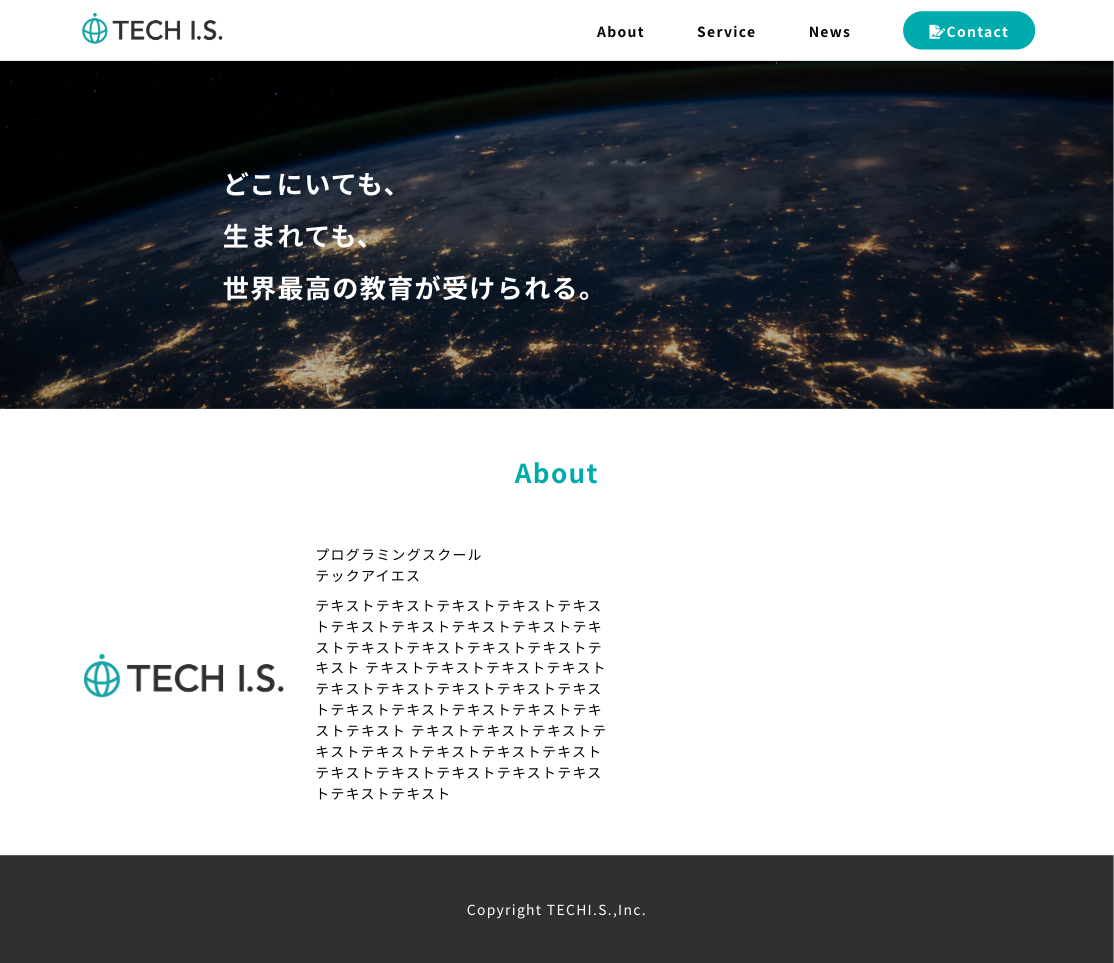
Repository: ryunoesta/lp-techis
Page: indx.html
The author's editor kept a copy of each file at every save. The page is drawn from the files as they stood at one save, then again after the next save.
The browser window is 1280 px wide. The pictures show the whole page, at 87% of full size.

Above is the page before, as saved 2022-06-15 22:20:01.

### indx.html
<!DOCTYPE html>
<html lang="ja">
<head>
    <meta charset="UTF-8">
    <meta http-equiv="X-UA-Compatible" content="IE=edge">
    <meta name="viewport" content="width=device-width, initial-scale=1.0">
    <!-- reset css -->
    <link rel="stylesheet" href="./CSS/reset.css">
    <!-- style css -->
    <link rel="stylesheet" href="./CSS/style.css">
    <!-- fontawesome -->
    <link rel="stylesheet" href="https://use.fontawesome.com/releases/v5.15.1/css/all.css">
    <title>プログラミングスクール テックアイエス</title>
</head>
<body>
    <!-- header -->
    <header class="header">
        <h1 class="logo">
            <img src="./img/logo.png" alt="ロゴ画像">
        </h1>
        <ul class="menu-pc">
            <li><a href="#">About</a></li>
            <li><a href="#">Service</a></li>
            <li><a href="#">News</a></li>
            <!-- リンク先追加 -->
            <li><a href="contact"><i class="fas fa-file-signature"></i>Contact</a></li>
        </ul>
    </header>

    <!-- main -->
    <main>
        <!-- fv -->
        <section class="front-fv">
            <img src="./img/top1.png" alt="ファーストビュー">
            <h2>どこにいても、
                <br>
                生まれても、
                <br>
                世界最高の教育が受けられる。
            </h2>
        </section>

        <!-- about -->
        <section class="front-about">
            <h2 class="front-common__title">
                About
            </h2>
            <ul class="front-about__list">
                <li class="front-about__item"><img src="./img/logo.png" alt="ロゴ画像"></li>
                <li class="front-about__item">
                    <div class="front-about_txt">
                        <h3>
                            プログラミングスクール
                            <br>
                            テックアイエス
                        </h3>
                        <p>テキストテキストテキストテキストテキストテキストテキストテキストテキストテキストテキストテキストテキストテキストテキスト テキストテキストテキストテキストテキストテキストテキストテキストテキストテキストテキストテキストテキストテキストテキスト テキストテキストテキストテキストテキストテキストテキストテキストテキストテキストテキストテキストテキストテキストテキスト</p>
                    </div>
                </li>
            </ul>
        </section>




    </main>


    <!-- footer -->
    <footer class="footer"> <!-- footerはブロックレベル要素 -->
        <p>
            <small>Copyright TECHI.S.,Inc.</small>
        </p>
    </footer>
</body>
</html>

### CSS/reset.css
*, *::before, *::after {
    box-sizing: border-box;
}
html, body, div, span, applet, object, iframe, h1, h2, h3, h4, h5, h6, p, blockquote, pre, a,
abbr, acronym, address, big, cite, code, del, dfn, em, font, ins, kbd, q, s, samp, small, strike,
strong, sub, sup, tt, var, dl, dt, dd, ol, ul, li, fieldset, form, label, legend, table,
caption, tbody, tfoot, thead, tr, th, td {
    border: 0;
    font-size: 100%;
    font-weight: inherit;
    margin: 0;
    outline: 0;
    padding: 0;
    vertical-align: baseline;
}
body {
    width: 100%;
    height: 100%;
    margin: 0 auto;
    letter-spacing: 1.5px;
    line-height: 1.5;
}
img {
    width: 100%;
    height: 100%;
    top: 0;
    left: 0;
    object-fit: cover;
}
a {
    color: black;
    text-decoration: none;
}
ol, ul {
    list-style: none;
}
table {
    border-collapse: separate;
    border-spacing: 0;
}

### CSS/style.css
/* フォントの設定 */
@import url('https://fonts.googleapis.com/css2?family=Noto+Sans+JP&display=swap');
html, body {
    font-size: 16px;
    font-family: 'Noto Sans JP', sans-serif;
}

/* header */
.header {
    display: flex;
    align-items: center;
    justify-content: space-between;
    max-width: 1100px;
    height: 70px;
    margin: auto;
}

.logo img {
    width: 170px;
    height: auto;
}

.menu-pc {
    display: flex;
    align-items: center;
}

.menu-pc li {
    margin: 0 30px;
}

.menu-pc a {
    font-weight: bold;
}

.menu-pc li:last-child {
    margin-right: 0;
}

.menu-pc li:last-child a {
    display: block;
    color: #fff;
    background: #00abae;
    padding: 10px 30px;
    border-radius: 50px;
}

/* footer */
.footer {
    padding: 50px;  /* paddingにautoはない */
    background: #303030;
}

.footer p {
    color: #fff;
    text-align: center;
}

/* fv */
.front-fv {
    position: relative;
    height: 400px;
}

.front-fv h2 {
    position: absolute;
    top: 50%;
    -webkit-transform: translateY(-50%);
    -moz-transform: translateY(-50%);
    -ms-transform: translateY(-50%);
    -o-transform: translateY(-50%);
    transform: translateY(-50%);
    left: 20%;
    color: #fff;
    font-size: 30px;
    font-weight: bold;
    line-height: 2;
}

/* common */
.front-common__title {
    position: relative;
    font-size: 30px;
    font-weight: bold;
    color: #00abae;
    text-align: center;
    margin-bottom: 50px;
    padding-bottom: 10px;
}

/* about */
.front-about {
    max-width: 1100px;
    margin: 50px auto;
}


.front-about__list {
    display: flex;
    align-items: center;
    justify-content:center;
}

.front-about__item {
    w
}

.front-about__main img {
    display: block;
    width: 40%;
    margin: auto 30px;
}

.front-about_txt {
    width: 40%;
    margin-left: 30px;
}

.front-about_txt h4 {
    font-size: 25px;
    line-height: 1.5;
}

.front-about_txt p {
    margin: 10px 0;
}

After the next save:
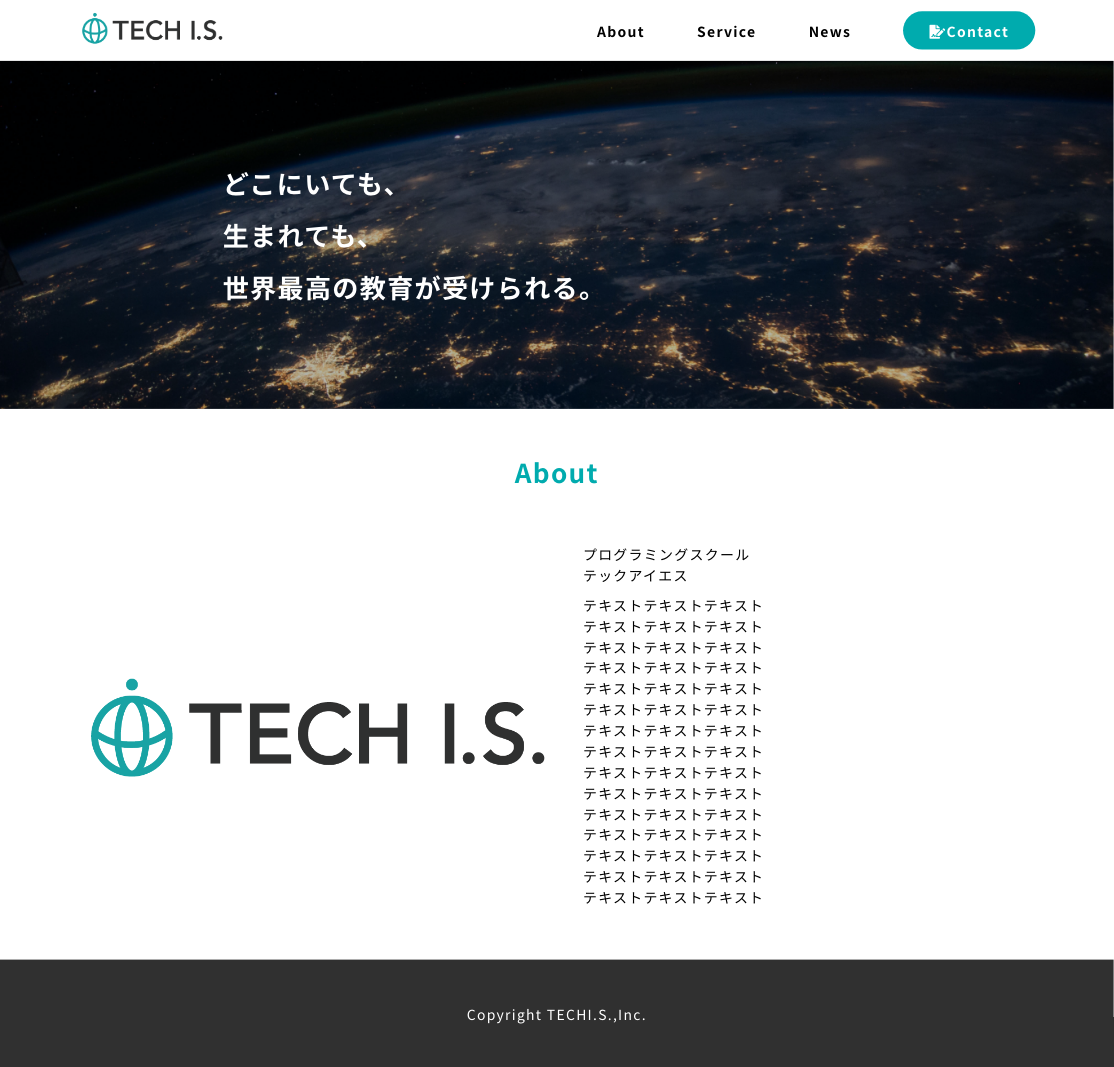
Saved 5 s later.
--- a/CSS/style.css
+++ b/CSS/style.css
@@ -102,7 +102,7 @@
 }
 
 .front-about__item {
-    w
+    width: 50%;
 }
 
 .front-about__main img {
